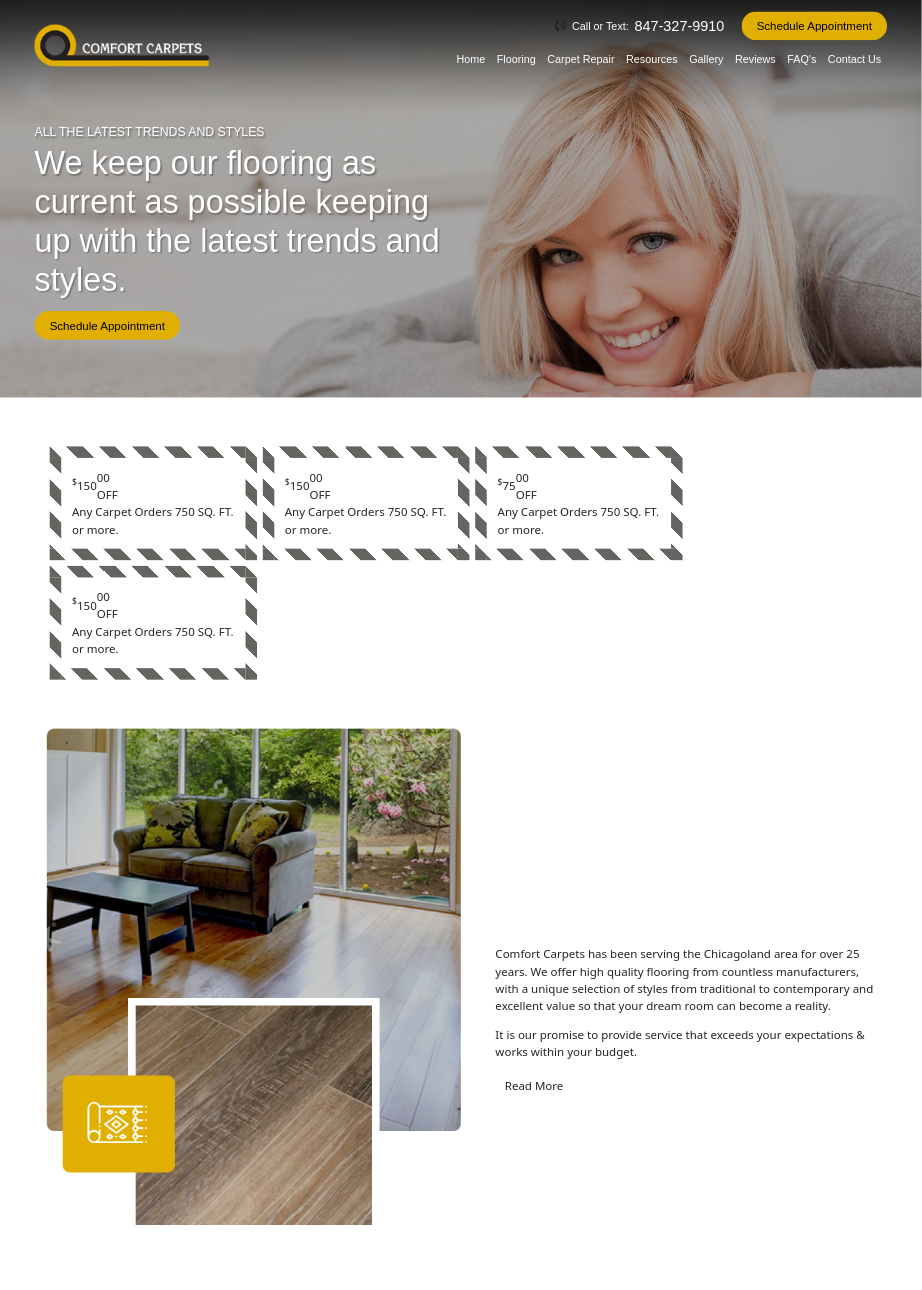
Repository: Ab-dur-Rehman/sscaseFolders
Page: index.html
These files come from the project's save history. The page is drawn as it stood at one moment and after the next save; the edit follows.
The browser window is 1280 px wide. The pictures show the whole page, at 72% of full size.
Some web fonts or font styles are not loaded; a fallback is used.

Above is the page before, as saved 2022-12-26 10:18:09.

After the next save:
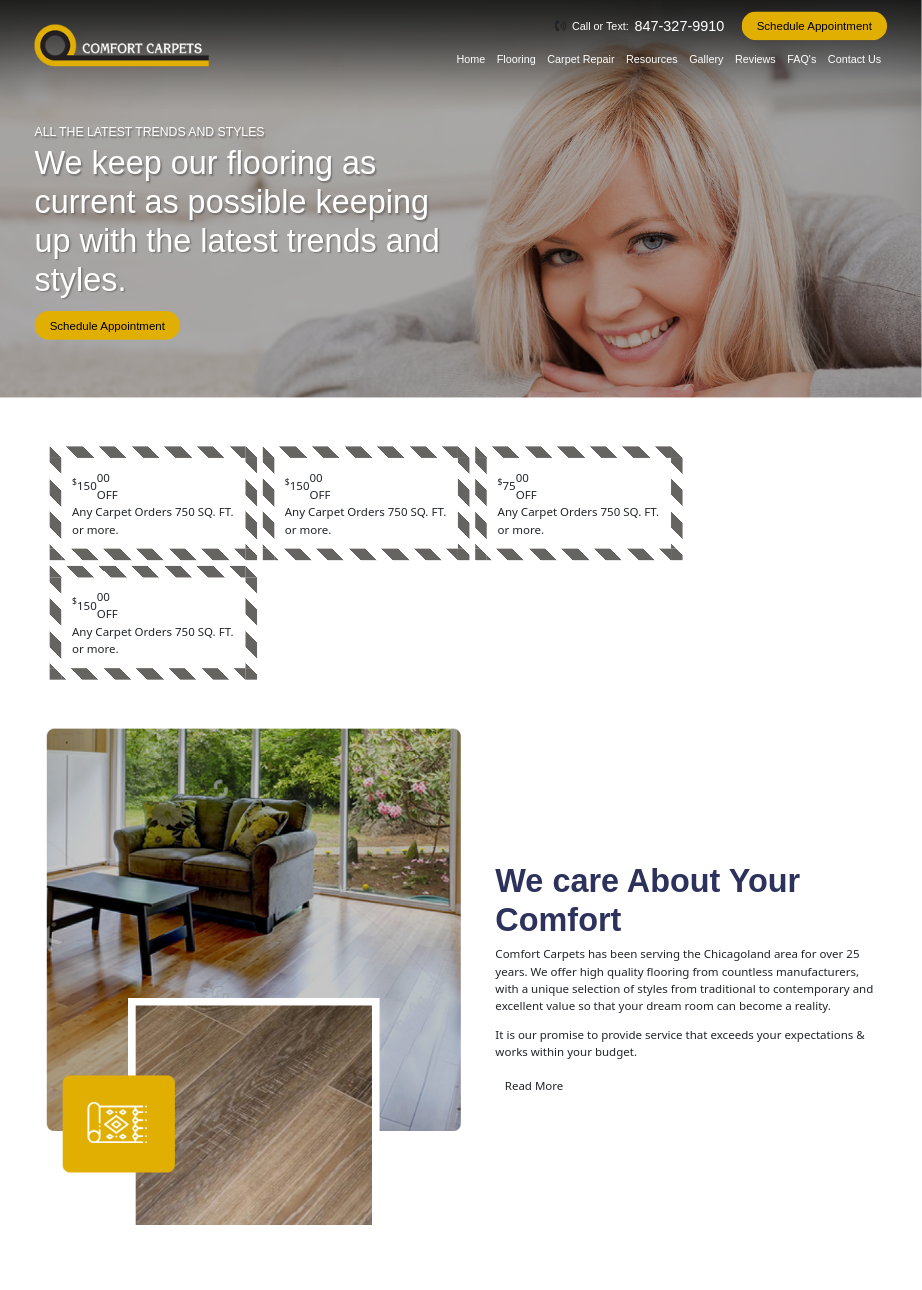
Saved 17 s later.
--- a/assets/css/style.css
+++ b/assets/css/style.css
@@ -94,7 +94,7 @@
     font-size: 45px;
     font-weight: 800;
     font-family: 'Chivo', sans-serif;
-    color: #fff;
+    color: #2c325b;
 }
 
 /* //Responsive */
